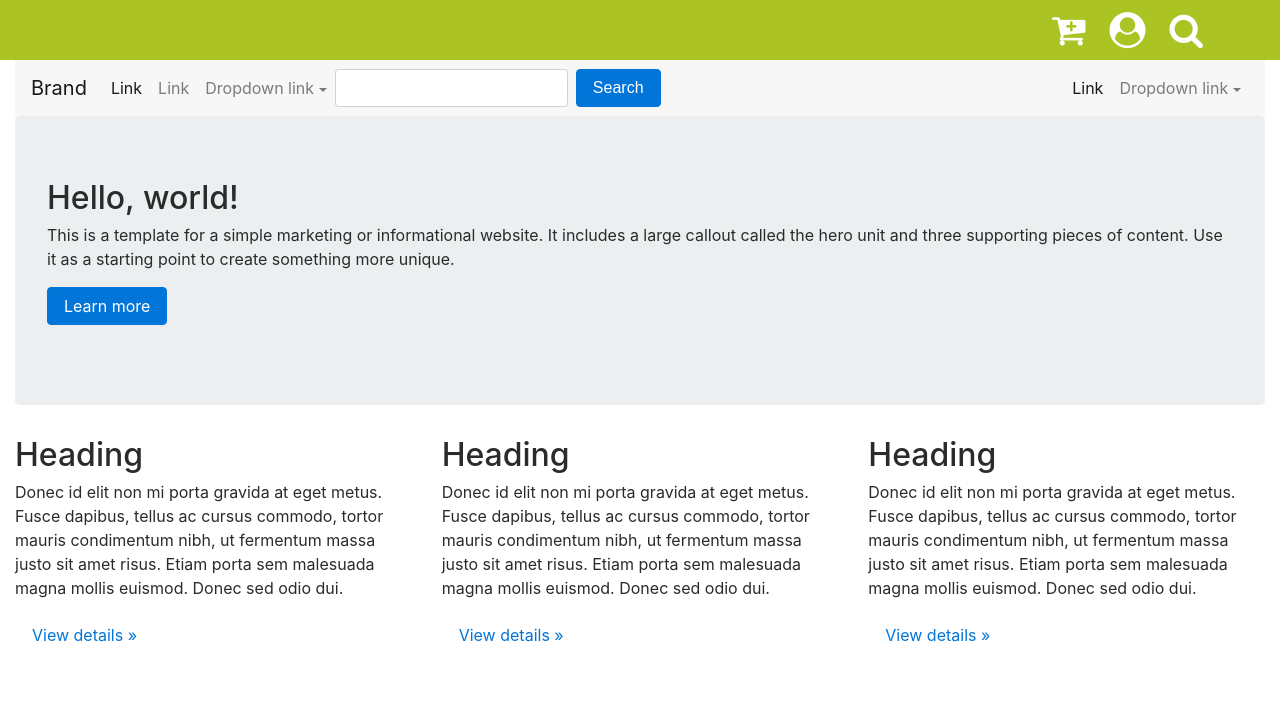
Repository: rajmohanr/mobile
Page: index.html
An editor plug-in stored every save of this project. The page is shown before and after the next save, followed by the edit.
The browser window is 1280 px wide. The pictures show the whole page.

Above is the page before, as saved 2018-03-31 11:25:44.
Console error (its wording comes from the project's code and is left out).

### index.html
<!DOCTYPE html>
<html lang="en">
  <head>
    <meta charset="utf-8">
    <meta http-equiv="X-UA-Compatible" content="IE=edge">
    <meta name="viewport" content="width=device-width, initial-scale=1">

    <title>Bootstrap 4, from LayoutIt!</title>

    <meta name="description" content="Source code generated using layoutit.com">
    <meta name="author" content="LayoutIt!">

    <link href="css/bootstrap.min.css" rel="stylesheet">
	<link href="css/style.css" rel="stylesheet">
	<link rel="stylesheet" href="https://cdnjs.cloudflare.com/ajax/libs/font-awesome/4.7.0/css/font-awesome.min.css">

  </head>
  <body>

    <div class="container-fluid">
	<div class="row">
		<div class="col-md-12">
			<div class="row">
				<div class="col-md-12 top-bar">
					<a href="#" class="top-bar-icons last-icon"><i class="fa fa-search"  style="font-size:36px;color:white;"></i></a>
					<a href="#" class="top-bar-icons"><i class="fa fa-user-circle"  style="font-size:36px;color:white;"></i></a>
					<a href="#" class="top-bar-icons"><i class="fa fa-cart-plus"  style="font-size:36px;color:white;"></i></a>
				</div>
			</div>
			<nav class="navbar navbar-toggleable-md navbar-light bg-faded">

				<button class="navbar-toggler navbar-toggler-right" type="button" data-toggle="collapse" data-target="#bs-example-navbar-collapse-1">
					<span class="navbar-toggler-icon"></span>
				</button> <a class="navbar-brand" href="#">Brand</a>
				<div class="collapse navbar-collapse" id="bs-example-navbar-collapse-1">
					<ul class="navbar-nav">
						<li class="nav-item active">
							 <a class="nav-link" href="#">Link <span class="sr-only">(current)</span></a>
						</li>
						<li class="nav-item">
							 <a class="nav-link" href="#">Link</a>
						</li>
						<li class="nav-item dropdown">
							 <a class="nav-link dropdown-toggle" href="http://example.com" id="navbarDropdownMenuLink" data-toggle="dropdown">Dropdown link</a>
							<div class="dropdown-menu" aria-labelledby="navbarDropdownMenuLink">
								 <a class="dropdown-item" href="#">Action</a> <a class="dropdown-item" href="#">Another action</a> <a class="dropdown-item" href="#">Something else here</a>
								<div class="dropdown-divider">
								</div> <a class="dropdown-item" href="#">Separated link</a>
							</div>
						</li>
					</ul>
					<form class="form-inline">
						<input class="form-control mr-sm-2" type="text">
						<button class="btn btn-primary my-2 my-sm-0" type="submit">
							Search
						</button>
					</form>
					<ul class="navbar-nav ml-md-auto">
						<li class="nav-item active">
							 <a class="nav-link" href="#">Link <span class="sr-only">(current)</span></a>
						</li>
						<li class="nav-item dropdown">
							 <a class="nav-link dropdown-toggle" href="http://example.com" id="navbarDropdownMenuLink" data-toggle="dropdown">Dropdown link</a>
							<div class="dropdown-menu dropdown-menu-right" aria-labelledby="navbarDropdownMenuLink">
								 <a class="dropdown-item" href="#">Action</a> <a class="dropdown-item" href="#">Another action</a> <a class="dropdown-item" href="#">Something else here</a>
								<div class="dropdown-divider">
								</div> <a class="dropdown-item" href="#">Separated link</a>
							</div>
						</li>
					</ul>
				</div>
			</nav>
			<div class="jumbotron">
				<h2>
					Hello, world!
				</h2>
				<p>
					This is a template for a simple marketing or informational website. It includes a large callout called the hero unit and three supporting pieces of content. Use it as a starting point to create something more unique.
				</p>
				<p>
					<a class="btn btn-primary btn-large" href="#">Learn more</a>
				</p>
			</div>
		</div>
	</div>
	<div class="row">
		<div class="col-md-4">
			<h2>
				Heading
			</h2>
			<p>
				Donec id elit non mi porta gravida at eget metus. Fusce dapibus, tellus ac cursus commodo, tortor mauris condimentum nibh, ut fermentum massa justo sit amet risus. Etiam porta sem malesuada magna mollis euismod. Donec sed odio dui.
			</p>
			<p>
				<a class="btn" href="#">View details »</a>
			</p>
		</div>
		<div class="col-md-4">
			<h2>
				Heading
			</h2>
			<p>
				Donec id elit non mi porta gravida at eget metus. Fusce dapibus, tellus ac cursus commodo, tortor mauris condimentum nibh, ut fermentum massa justo sit amet risus. Etiam porta sem malesuada magna mollis euismod. Donec sed odio dui.
			</p>
			<p>
				<a class="btn" href="#">View details »</a>
			</p>
		</div>
		<div class="col-md-4">
			<h2>
				Heading
			</h2>
			<p>
				Donec id elit non mi porta gravida at eget metus. Fusce dapibus, tellus ac cursus commodo, tortor mauris condimentum nibh, ut fermentum massa justo sit amet risus. Etiam porta sem malesuada magna mollis euismod. Donec sed odio dui.
			</p>
			<p>
				<a class="btn" href="#">View details »</a>
			</p>
		</div>
	</div>
	<div class="row">
		<div class="col-md-12">
		</div>
	</div>
</div>

    <script src="js/jquery.min.js"></script>
    <script src="js/bootstrap.min.js"></script>
    <script src="js/scripts.js"></script>
  </body>
</html>

### css/style.css
.top-bar{
    height: 60px;
    background-color: #acc324;
}

.top-bar-icons{
    float: right;
    padding: 12px;
    position: relative;
}

.last-icon{
    margin-right: 50px;
}

Loaded but not shown: css/bootstrap.min.css (library); js/jquery.min.js (library); js/bootstrap.min.js (library); js/scripts.js (common file)

After the next save:
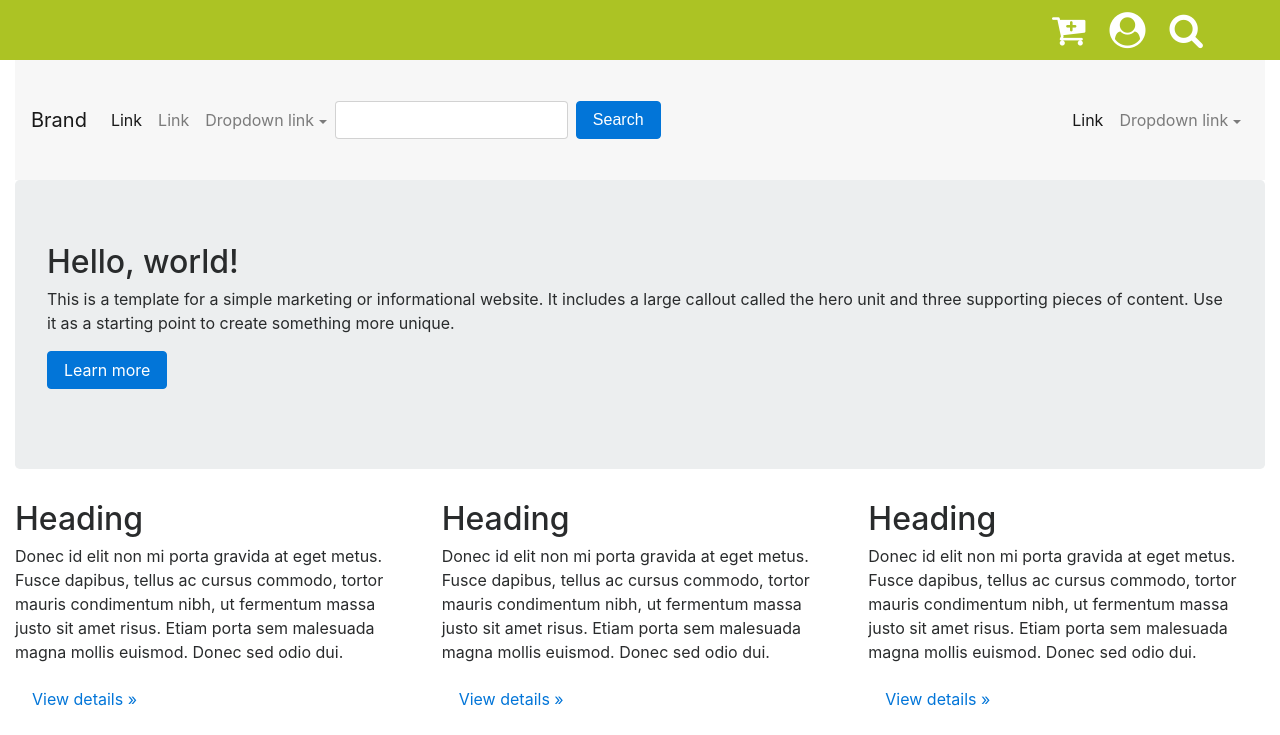
Saved 3 min 51 s later.
--- a/css/style.css
+++ b/css/style.css
@@ -12,3 +12,7 @@
 .last-icon{
     margin-right: 50px;
 }
+
+.navbar{
+    height: 120px;
+}
